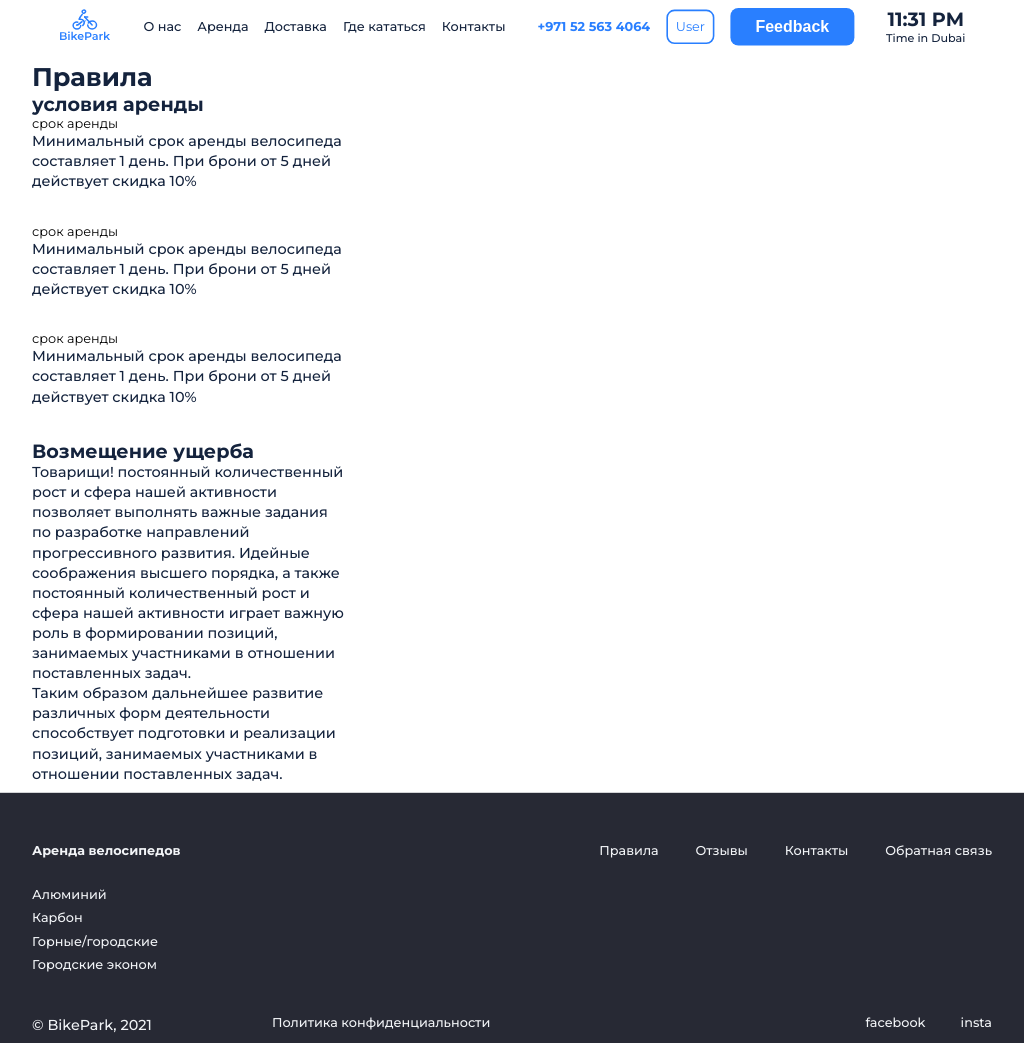
Repository: NineSirius/bikepark
Page: /delivery/rules
An editor plug-in stored every save of this project. The page is shown before and after the next save, followed by the edit.
The browser window is 1280 px wide. The pictures show the whole page, at 80% of full size.
The project was rebuilt for these pictures with package versions that can differ from the ones it lists, and the page was loaded fresh each time. The framework's server and built-in components were replaced by stand-ins that run in the browser. Also part of the build but not shown: next.config.js.

Above is the page before, as saved 2023-03-14 21:30:40.

After the next save:
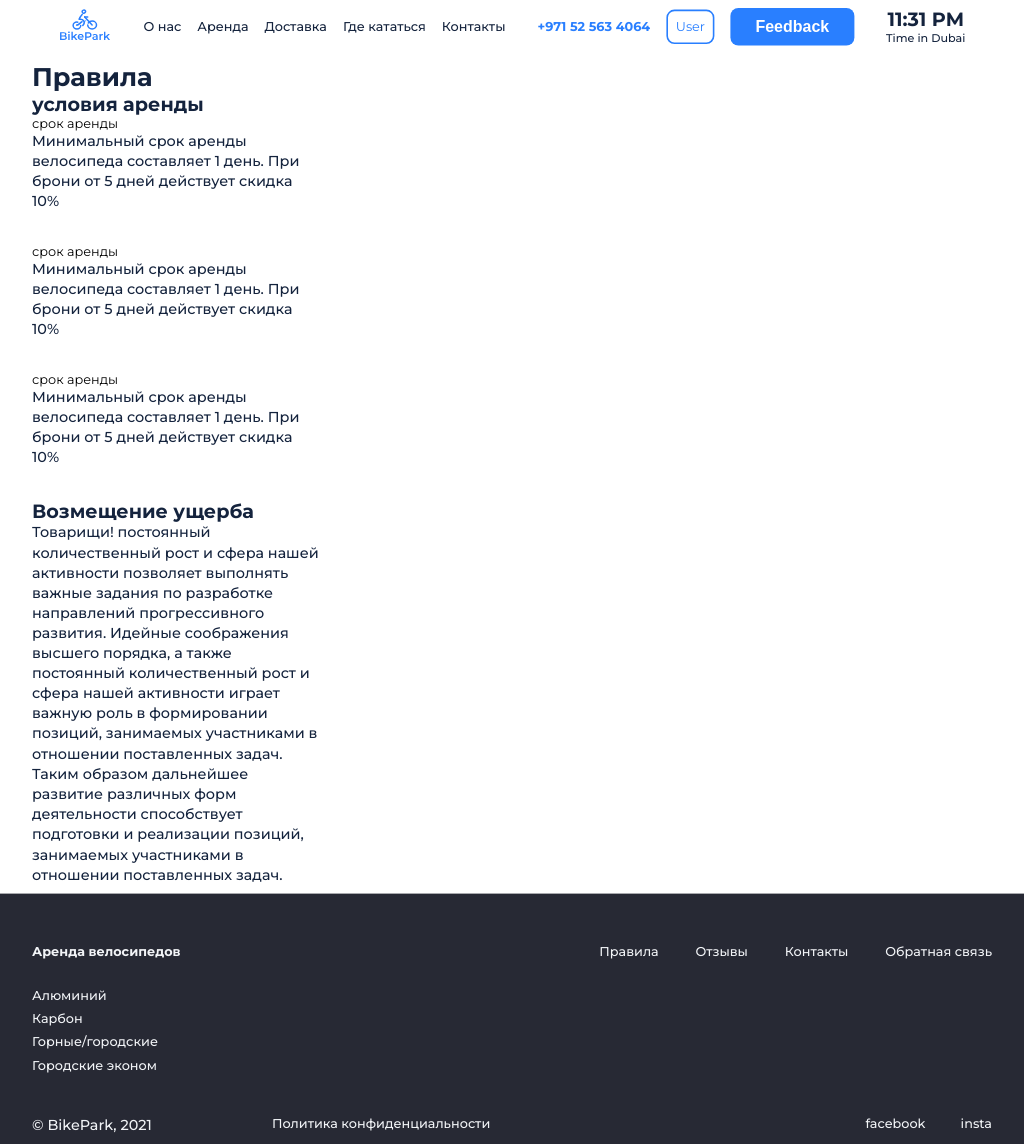
Saved 39 s later.
--- a/src/containers/RulesPage/RulesPage.module.css
+++ b/src/containers/RulesPage/RulesPage.module.css
@@ -8,6 +8,5 @@
 }
 
 .cards {
-  width: 33%;
-  flex-basis: 33%;
+  width: 360px;
 }
